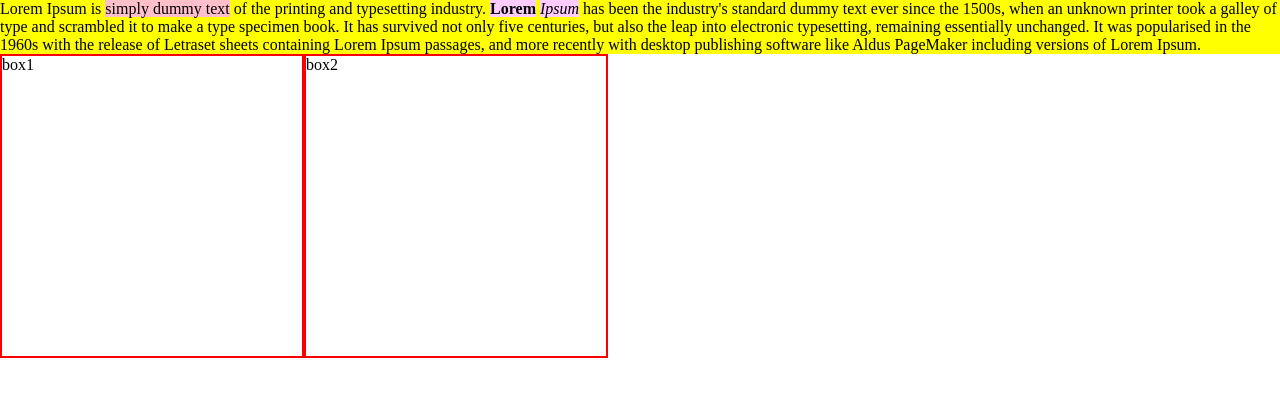
Repository: gwonjunsu95/html5
Page: html5/WebContent/day0401.html
An editor plug-in stored every save of this project. The page is shown before and after the next save, followed by the edit.
The browser window is 1280 px wide. The pictures show the whole page.

Above is the page before, as saved 2020-04-21 05:04:21.

After the next save:
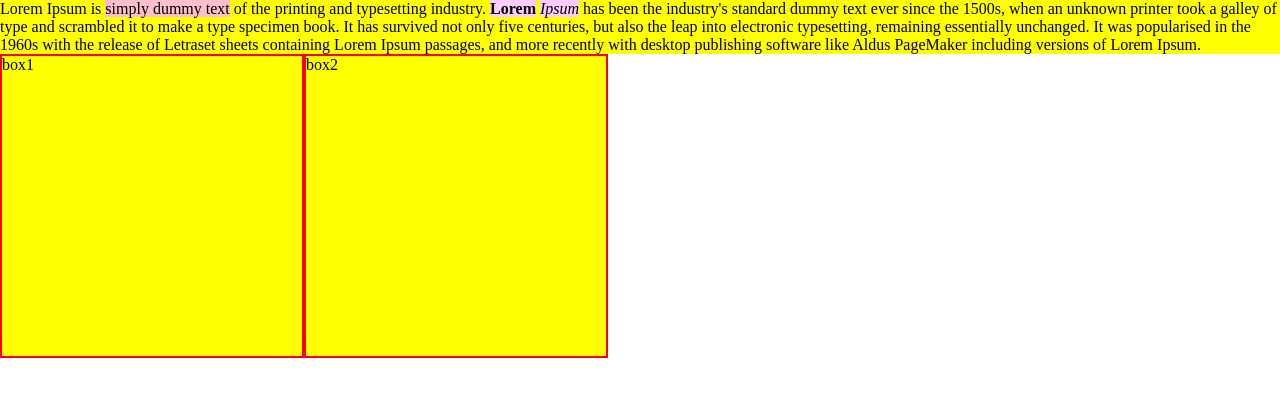
Saved 53 s later.
--- a/html5/WebContent/day0401.html
+++ b/html5/WebContent/day0401.html
@@ -25,8 +25,8 @@
 			background: #ffccff;
 		}
 
-		body > div > div {
-			display: block;
+		body > div > p {
+			display: inline;
 			width: 300px;
 			height: 300px;
 			border: 2px solid red;
@@ -47,8 +47,8 @@
 		including versions of Lorem Ipsum.
 	</p>
 	<div>
-		<div id = "box1">box1</div>
-		<div id = "box2">box2</div>
+		<p id = "box1">box1</p>
+		<p id = "box2">box2</p>
 	</div>
 </body>
 </html>
